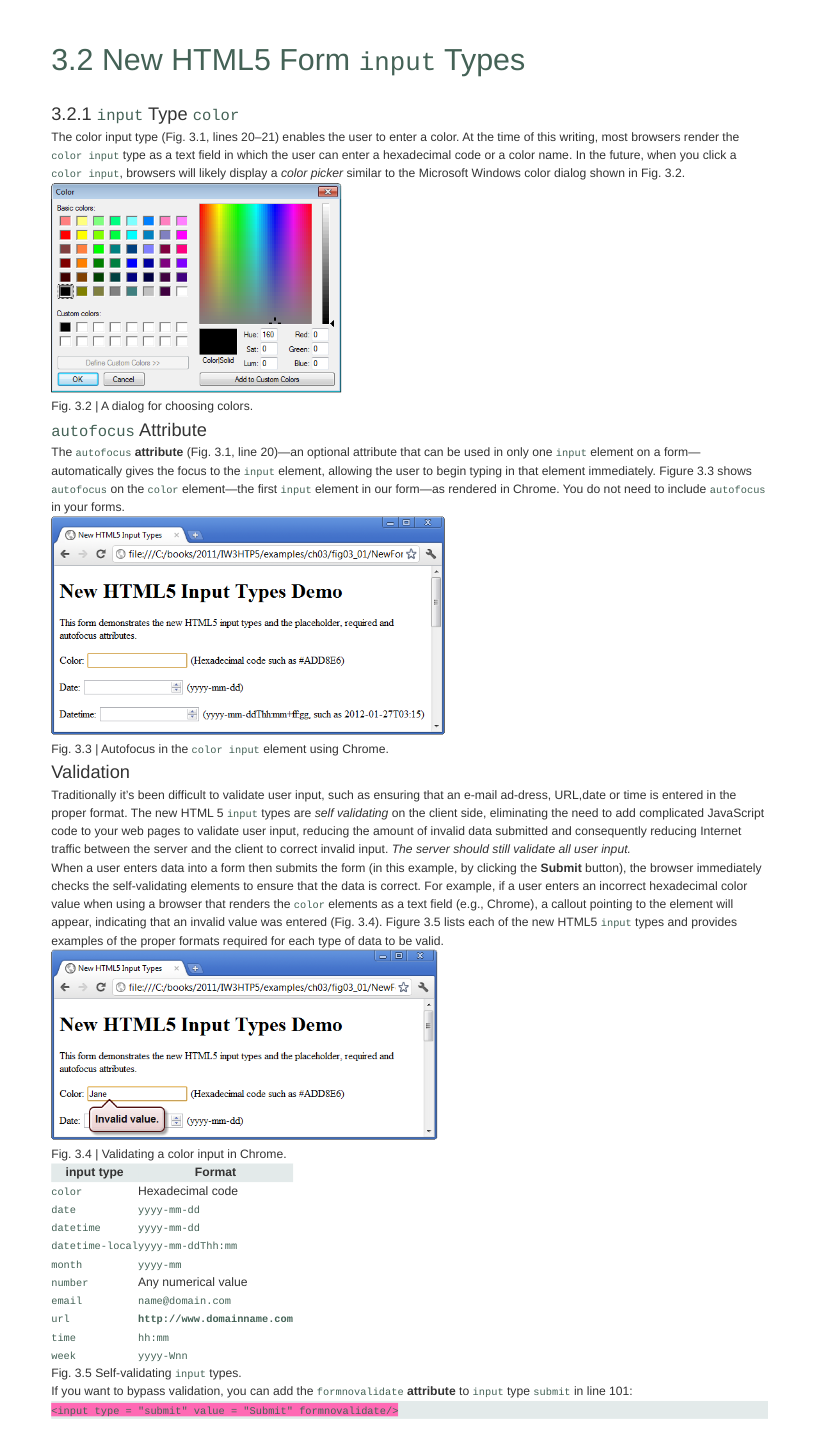
Repository: mlmEFSC21/P4-Textbook-Copy
Page: index.html
The author's editor kept a copy of each file at every save. The page is drawn from the files as they stood at one save, then again after the next save.
The browser window is 1280 px wide. The pictures show the whole page, at 64% of full size.

Above is the page before, as saved 2022-02-03 16:52:01.

After the next save:
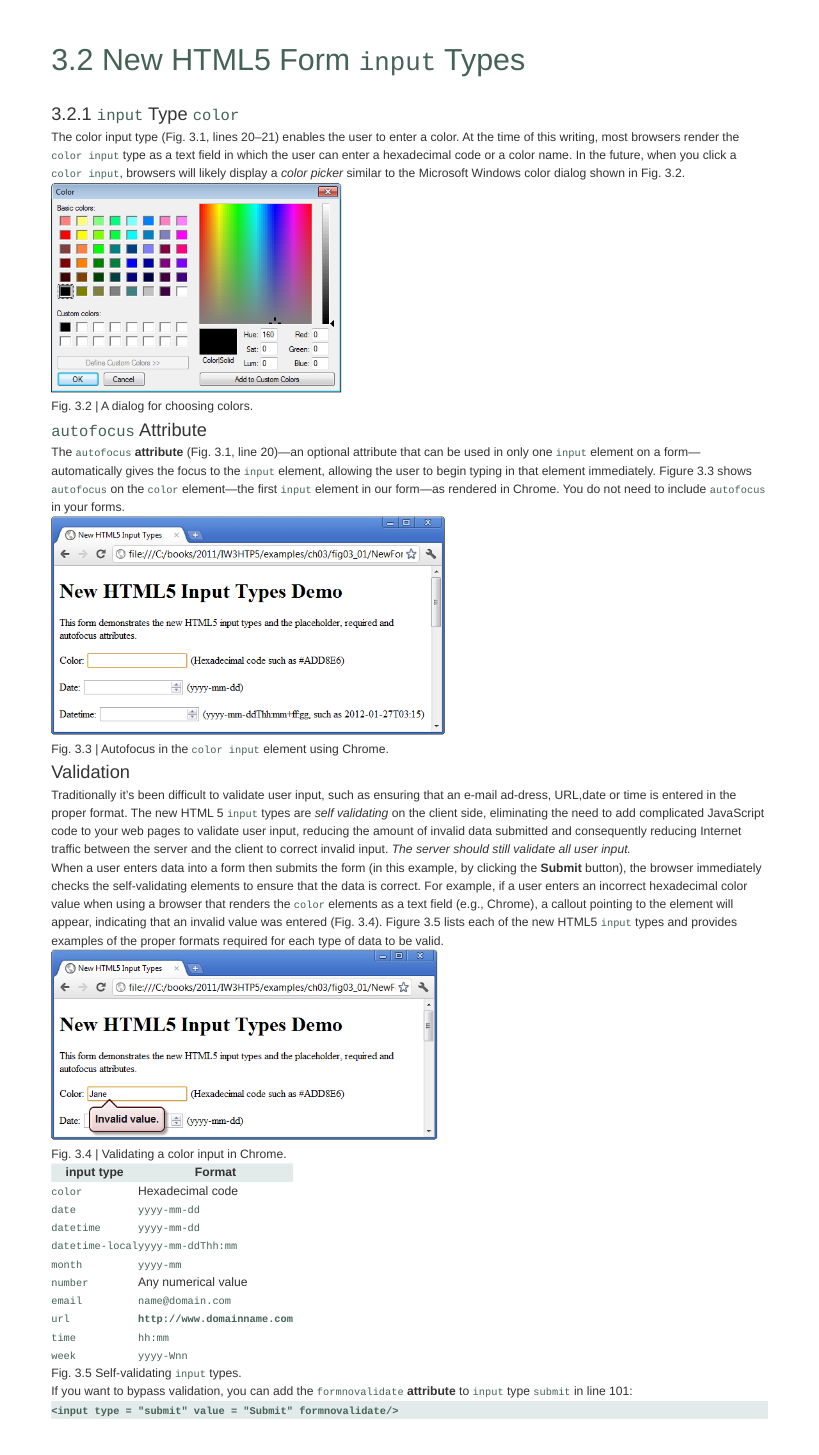
Saved 40 s later.
--- a/bookStyles.css
+++ b/bookStyles.css
@@ -46,6 +46,9 @@ code {
     font-family: Courier, "Courier New", monospace;
     font-size: 0.85em;
 }
+.code-heavy {
+    font-weight: 900;
+}
 table {
     border-collapse: collapse;
 }
@@ -59,6 +62,3 @@ th,
 div {
     background-color: var(--clr-background-accent);
 }
-.code-heavy {
-    background-color: hotpink;
-}
